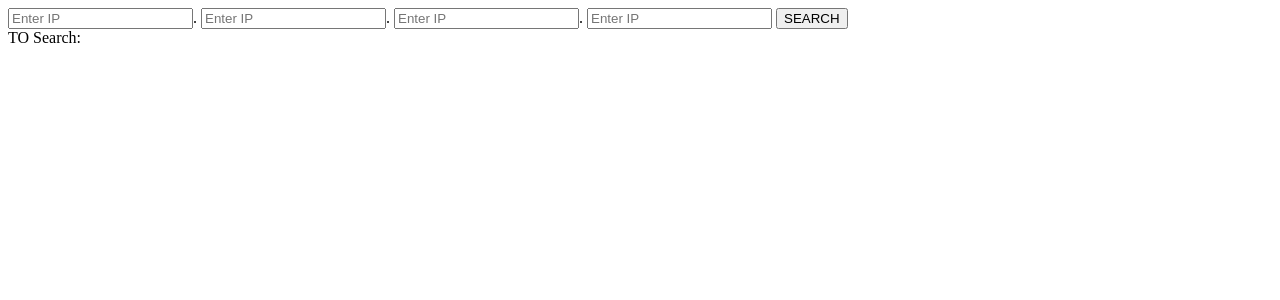
Repository: amp89/FindIP
Page: http://localhost/FindIp/views/search.jsp
These files come from the project's save history. The page is drawn as it stood at one moment and after the next save; the edit follows.
The browser window is 1280 px wide. The pictures show the whole page.
The page is served by Tomcat 9. Other server files are loaded and not shown.

Above is the page before, as saved 2016-07-19 06:18:08.

### FindIp/FindIp/WebContent/views/search.jsp
<%@ page language="java" contentType="text/html; charset=UTF-8"
    pageEncoding="UTF-8"%>
<!DOCTYPE html PUBLIC "-//W3C//DTD HTML 4.01 Transitional//EN" "http://www.w3.org/TR/html4/loose.dtd">
<html>
<head>
<meta http-equiv="Content-Type" content="text/html; charset=UTF-8">
<title>IP FIND | Search</title>


		<script src="js/jquery.js"></script>
		<script src="js/test.js"></script>
		<script src="angular/angular.min.js"></script>
</head>
<body ng-app="searchApp">
	<div ng-controller="searchForm">
		<form  ng-submit="getIpInfo()" novalidate>
			<input type="number" max="256" placeholder="Enter IP" name="first" ng-model="ipSearchData.first" required/>.
			<input type="text" placeholder="Enter IP" name="second"  ng-model="ipSearchData.second" required/>.
			<input type="text" placeholder="Enter IP" name="third"  ng-model="ipSearchData.third" required/>.
			<input type="text" placeholder="Enter IP" name="fourth"  ng-model="ipSearchData.fourth" required/>
			<button type="submit" ng-disabled="userForm.$invalid">SEARCH</button>
		</form>
		TO Search: <span ng-show="ipSearchData.first">{{ipSearchData.first}}</span><span ng-show="ipSearchData.second">.{{ipSearchData.second}}</span><span ng-show="ipSearchData.third">.{{ipSearchData.third}}</span><span ng-show="ipSearchData.fourth">.{{ipSearchData.fourth}}</span>
	</div>
	<!-- end test angular -->

	<!-- test rest call -->
	<script>
	/* old way
	$.ajax({
		type : "GET",
		 url:"rest/getLoggedInUserData",
		headers : {
			"Accept" : "application/json",
			"Content-Type" : "applicatoin/json"
		}
	}).done(function(data) {
		console.log(data);
		$scope.userObject = data;
	}).fail(function() {
		console.log("failed");
	}); */

	var app = angular.module('searchApp',[]);


	app.controller('searchForm',function($scope,$http){
		//request her/*  */e TODO
		$scope.ipSearchData = {};

		$scope.ipSearchData.accessToken="${accessToken}"

		//$scope.ipSearchData.accessToken = 'testjlskjfdlsdkfj';
		$scope.getIpInfo = function(){
			console.log("IP: " + $scope.ipSearchData);

			$http({
				method:"POST",
				url:"rest/getIpData",
				data:$scope.ipSearchData,
				params : {"content-type":"application/json","Accept" : "application/json"}
			}).then(function success(response){
				console.log("Post Ip search :)");
			}, function error(response){
				console.log("No post search :(");
			});//end http

		};//end get info


	});





	</script>
	<!-- end test rest call -->





</body>
</html>

### FindIp/FindIp/WebContent/js/test.js
$("document").ready(function(){
	console.log("hello world!");
});

Loaded but not shown: FindIp/FindIp/WebContent/js/jquery.js (library); FindIp/FindIp/WebContent/angular/angular.min.js (library)

After the next save:
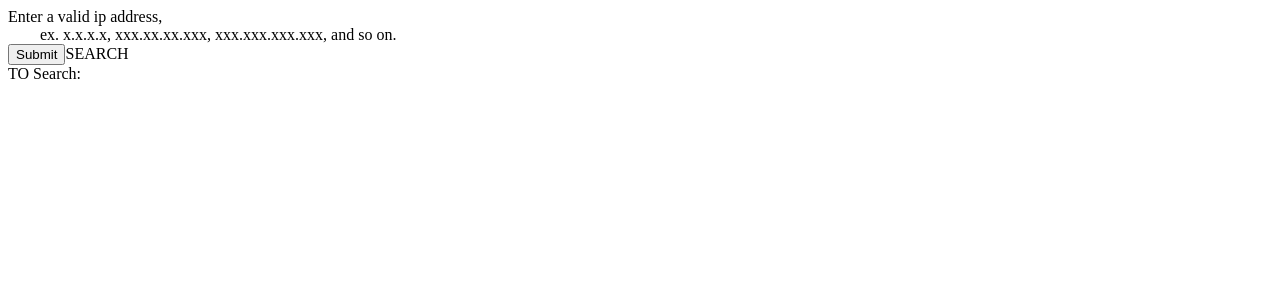
Saved 8 min 18 s later.
--- a/FindIp/FindIp/WebContent/views/search.jsp
+++ b/FindIp/FindIp/WebContent/views/search.jsp
@@ -13,12 +13,10 @@
 </head>
 <body ng-app="searchApp">
 	<div ng-controller="searchForm">
-		<form  ng-submit="getIpInfo()" novalidate>
-			<input type="number" max="256" placeholder="Enter IP" name="first" ng-model="ipSearchData.first" required/>.
-			<input type="text" placeholder="Enter IP" name="second"  ng-model="ipSearchData.second" required/>.
-			<input type="text" placeholder="Enter IP" name="third"  ng-model="ipSearchData.third" required/>.
-			<input type="text" placeholder="Enter IP" name="fourth"  ng-model="ipSearchData.fourth" required/>
-			<button type="submit" ng-disabled="userForm.$invalid">SEARCH</button>
+		Enter a valid ip address, <br>&nbsp;&nbsp;&nbsp;&nbsp;&nbsp;&nbsp;&nbsp;&nbsp;ex. x.x.x.x, xxx.xx.xx.xxx, xxx.xxx.xxx.xxx, and so on.
+		<form  name="ipSearchForm">
+			<input ng-maxlength="4"
+			<button type="submit" ng-disabled="ipSearchForm.$invalid">SEARCH</button>
 		</form>
 		TO Search: <span ng-show="ipSearchData.first">{{ipSearchData.first}}</span><span ng-show="ipSearchData.second">.{{ipSearchData.second}}</span><span ng-show="ipSearchData.third">.{{ipSearchData.third}}</span><span ng-show="ipSearchData.fourth">.{{ipSearchData.fourth}}</span>
 	</div>
